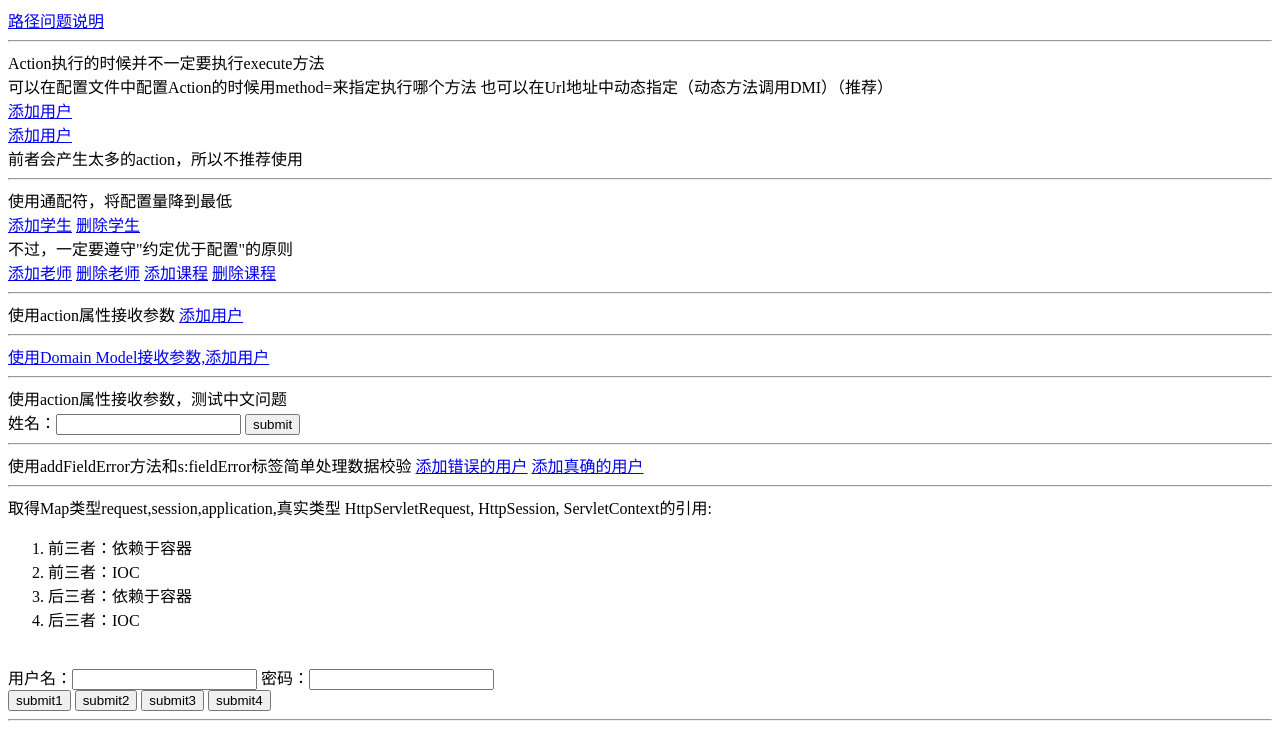
Repository: chellong/StrutsBasic
Page: http://localhost/Struts2.3Sx_1/
An editor plug-in stored every save of this project. The page is shown before and after a run of saves, followed by the edit.
The browser window is 1280 px wide. The pictures show the whole page.
The page is served by Tomcat 9. Nobody is signed in. The application's start-up code is not run. Other server files are loaded and not shown.

Above is the page before, as saved 2016-01-23 15:00:45.

### Struts2.3Sx_1/WebContent/index.jsp
<?xml version="1.0" encoding="utf-8" ?>
<%@ page language="java" contentType="text/html; charset=utf-8"
	pageEncoding="utf-8"%>

<%
	String path = request.getContextPath();
	String basePath = request.getScheme() + "://" + request.getServerName() + ":" + request.getServerPort()
			+ path + "/";
%>

<!DOCTYPE html PUBLIC "-//W3C//DTD XHTML 1.0 Transitional//EN" "http://www.w3.org/TR/xhtml1/DTD/xhtml1-transitional.dtd">

<html xmlns="http://www.w3.org/1999/xhtml">
<head>
<base href="<%=basePath%>" />
<meta http-equiv="Content-Type" content="text/html; charset=GB18030" />
<title>Insert title here</title>
</head>
<body>
	<a href="path/path.action">路径问题说明</a>
	<hr style="border: 1 dashed #987cb9" />
	Action执行的时候并不一定要执行execute方法
	<br /> 可以在配置文件中配置Action的时候用method=来指定执行哪个方法
	也可以在Url地址中动态指定（动态方法调用DMI）（推荐）
	<br />
	<a href="/user/userAdd">添加用户</a>
	<br />
	<a href="/user/user!add">添加用户</a>
	<br /> 前者会产生太多的action，所以不推荐使用

	<hr style="border: 1 dashed #987cb9" />

	使用通配符，将配置量降到最低
	<br />
	<a href="/actions/Studentadd">添加学生</a>
	<a href="/actions/Studentdelete">删除学生</a>
	<br /> 不过，一定要遵守"约定优于配置"的原则
	<br />
	<a href="/actions/Teacher_add">添加老师</a>
	<a href="/actions/Teacher_delete">删除老师</a>
	<a href="/actions/Course_add">添加课程</a>
	<a href="/actions/Course_delete">删除课程</a>

	<hr style="border: 1 dashed #987cb9" />
	使用action属性接收参数
	<a href="user/user_007?name=a&age=8">添加用户</a>

	<hr style="border: 1 dashed #987cb9" />
	<a href="user/user_008?user.name=a&user.age=8">使用Domain
		Model接收参数,添加用户</a>

	<!--中文问题 -->
	<hr style="border: 1 dashed #987cb9" />
	使用action属性接收参数，测试中文问题
	<form action="user/user_008" method="post">
		姓名：<input type="text" name="name"></input> <input type="submit"
			value="submit" />
	</form>
	<!--数据验证 -->
	<hr style="border: 1 dashed #987cb9" />
	使用addFieldError方法和s:fieldError标签简单处理数据校验
	<a href="user/user_009?name=a">添加错误的用户</a>
	<a href="user/user_009?name=admin">添加真确的用户</a>

	<hr style="border: 1 dashed #987cb9" />
	取得Map类型request,session,application,真实类型 HttpServletRequest,
	HttpSession, ServletContext的引用:
	<ol>
		<li>前三者：依赖于容器</li>
		<!--(只用这种) -->
		<li>前三者：IOC</li>
		<li>后三者：依赖于容器</li>
		<li>后三者：IOC</li>
	</ol>
	<br />
	<form name="f" action="" method="post">
		用户名：<input type="text" name="name" /> 密码：<input type="text"
			name="password" /> <br /> <input type="button" value="submit1"
			onclick="javascript:document.f.action='login/login1';document.f.submit();" />
		<input type="button" value="submit2"
			onclick="javascript:document.f.action='login/login2';document.f.submit();" />
		<input type="button" value="submit3"
			onclick="javascript:document.f.action='login/login3';document.f.submit();" />
		<input type="button" value="submit4"
			onclick="javascript:document.f.action='login/login4';document.f.submit();" />
	</form>

	<hr style="border: 1 dashed #987cb9" />

</body>
</html>

After the next 2 saves:
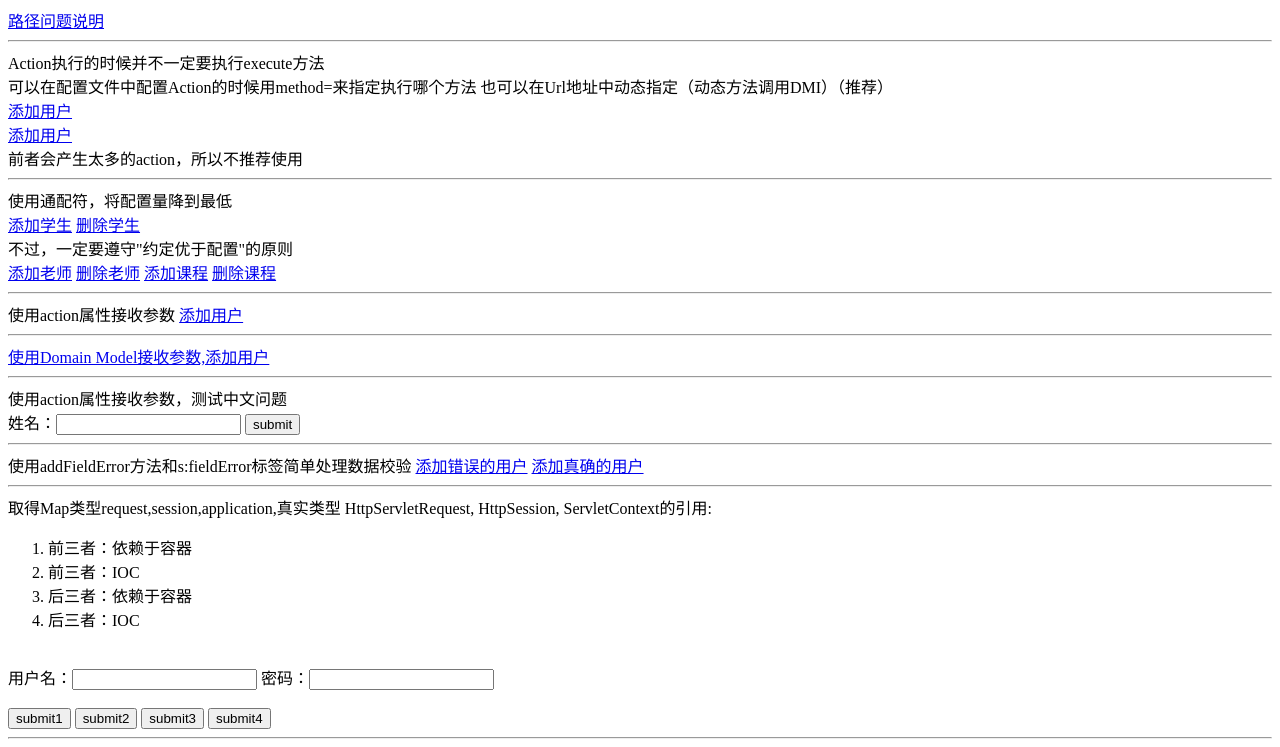
The 2 saves are shown as one change because they came seconds apart.
The last was saved 72 s later.
--- a/Struts2.3Sx_1/WebContent/index.jsp
+++ b/Struts2.3Sx_1/WebContent/index.jsp
@@ -75,7 +75,9 @@
 	<br />
 	<form name="f" action="" method="post">
 		用户名：<input type="text" name="name" /> 密码：<input type="text"
-			name="password" /> <br /> <input type="button" value="submit1"
+			name="password" /> <br />
+		<br/>
+		<input type="button" value="submit1"
 			onclick="javascript:document.f.action='login/login1';document.f.submit();" />
 		<input type="button" value="submit2"
 			onclick="javascript:document.f.action='login/login2';document.f.submit();" />
